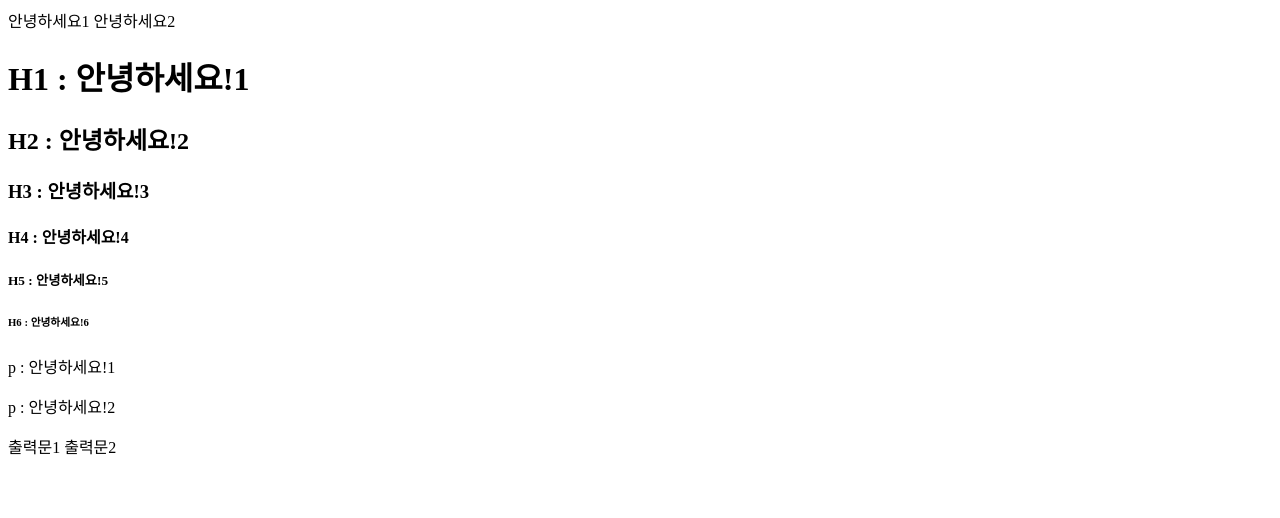
Repository: jjb5442/JSP
Page: 3Day/workspace/02_HTML_tutorial/src/main/webapp/02_Tutorial.html
An editor plug-in stored every save of this project. The page is shown before and after the next save, followed by the edit.
The browser window is 1280 px wide. The pictures show the whole page.

Above is the page before, as saved 2022-05-14 01:45:19.

### 3Day/workspace/02_HTML_tutorial/src/main/webapp/02_Tutorial.html
<!DOCTYPE html>
<html>
<head>
<meta charset="UTF-8">
<title>Insert title here</title>
</head>
<body>
	안녕하세요1<!-- html 태그 내에 출력하는 일반 문자는 개행되지 않는다. -->
	안녕하세요2
	<h1>H1 : 안녕하세요!1</h1><!-- h1 : 제목을 표시하며 출력후 자동 개행된다. -->
	<h2>H2 : 안녕하세요!2</h2>
	<h3>H3 : 안녕하세요!3</h3>
	<h4>H4 : 안녕하세요!4</h4>
	<h5>H5 : 안녕하세요!5</h5>
	<h6>H6 : 안녕하세요!6</h6>
	<p>p : 안녕하세요!1</p>
	<p>p : 안녕하세요!2</p>
	출력문1
	출력문2
</body>
</html>

After the next save:
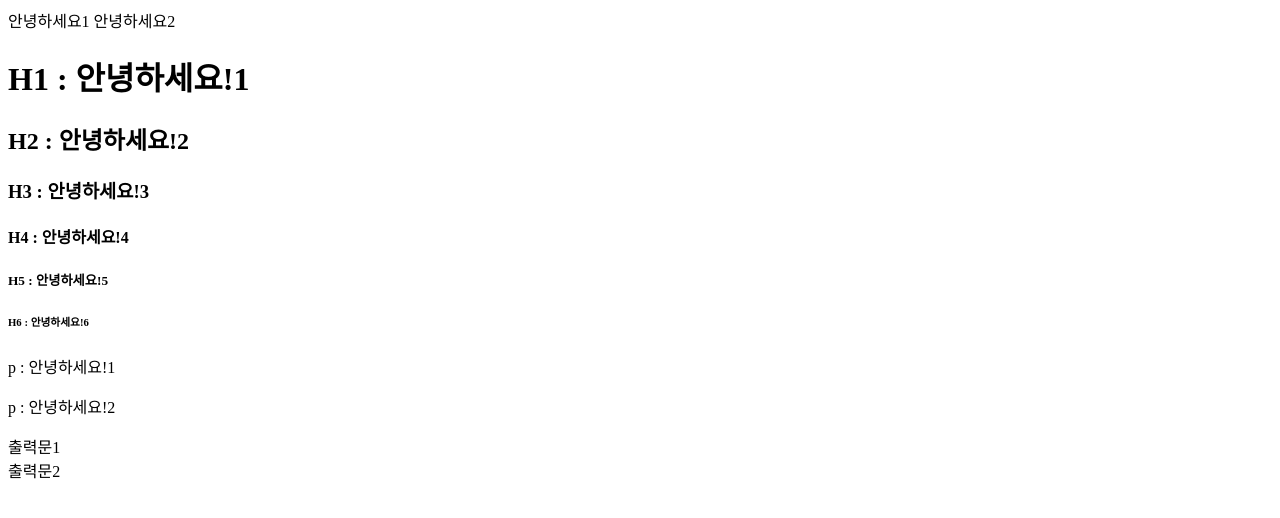
Saved 51 s later.
--- a/3Day/workspace/02_HTML_tutorial/src/main/webapp/02_Tutorial.html
+++ b/3Day/workspace/02_HTML_tutorial/src/main/webapp/02_Tutorial.html
@@ -13,9 +13,9 @@
 	<h4>H4 : 안녕하세요!4</h4>
 	<h5>H5 : 안녕하세요!5</h5>
 	<h6>H6 : 안녕하세요!6</h6>
-	<p>p : 안녕하세요!1</p>
+	<p>p : 안녕하세요!1</p> <!-- p : 단락을 정의하며 개행시켜줌 -->
 	<p>p : 안녕하세요!2</p>
-	출력문1
+	출력문1<br/><!-- br : 개행시켜주는 태그 -->
 	출력문2
 </body>
 </html>
